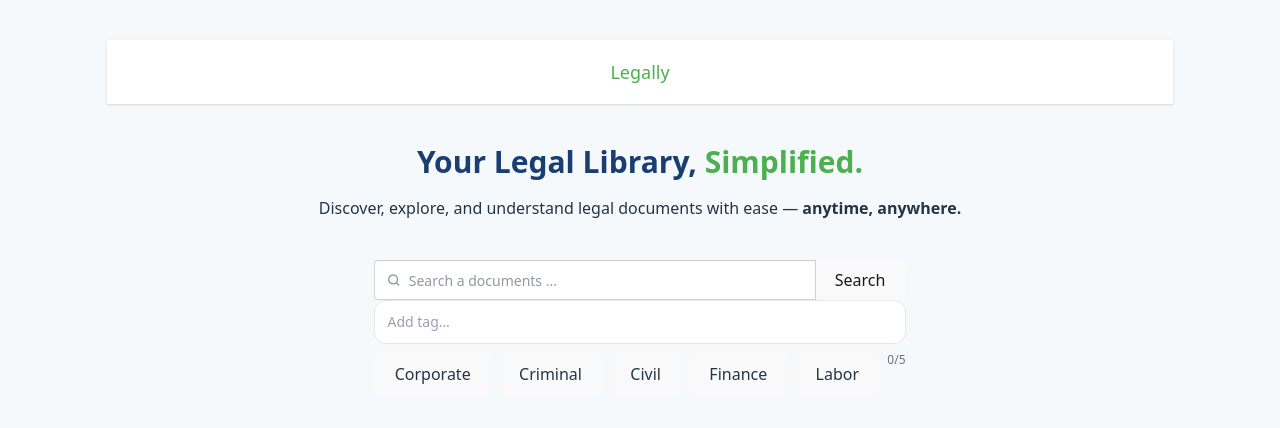
Repository: OdinPie/legal-search-acmeai
Page: / (app in legal-frontend/)
An editor plug-in stored every save of this project. The page is shown before and after the next save, followed by the edit.
The browser window is 1280 px wide. The pictures show the whole page.
The project was rebuilt for these pictures with package versions that can differ from the ones it lists, and the page was loaded fresh each time. Also part of the build but not shown: legal-frontend/vite.config.js.

Above is the page before, as saved 2025-11-05 21:08:46.

After the next save:
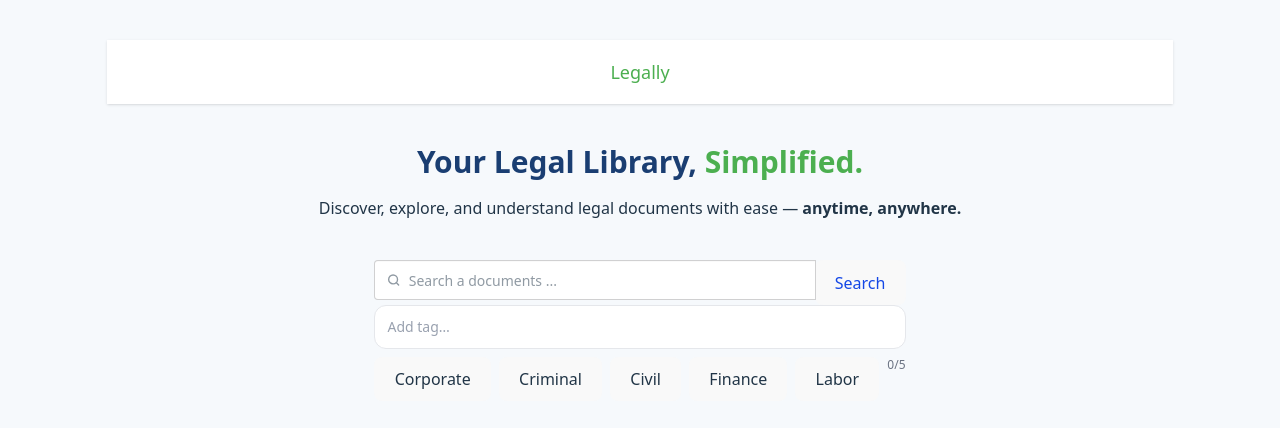
Saved 49 s later.
--- a/legal-frontend/src/components/SearchSection.jsx
+++ b/legal-frontend/src/components/SearchSection.jsx
@@ -26,7 +26,7 @@ export default function SearchSection() {
     </label>
     <div className="validator-hint hidden">Enter valid query</div>
 
-  <button className="btn btn-blue join-item" >Search</button>
+  <button className="bg-transparent hover:bg-blue-500 text-blue-700 font-semibold hover:text-white py-2 px-4 border border-blue-500 hover:border-transparent rounded join-item" >Search</button>
 </div>
     <TagBar value={keywords} onChange={setKeywords} />
     </div>
